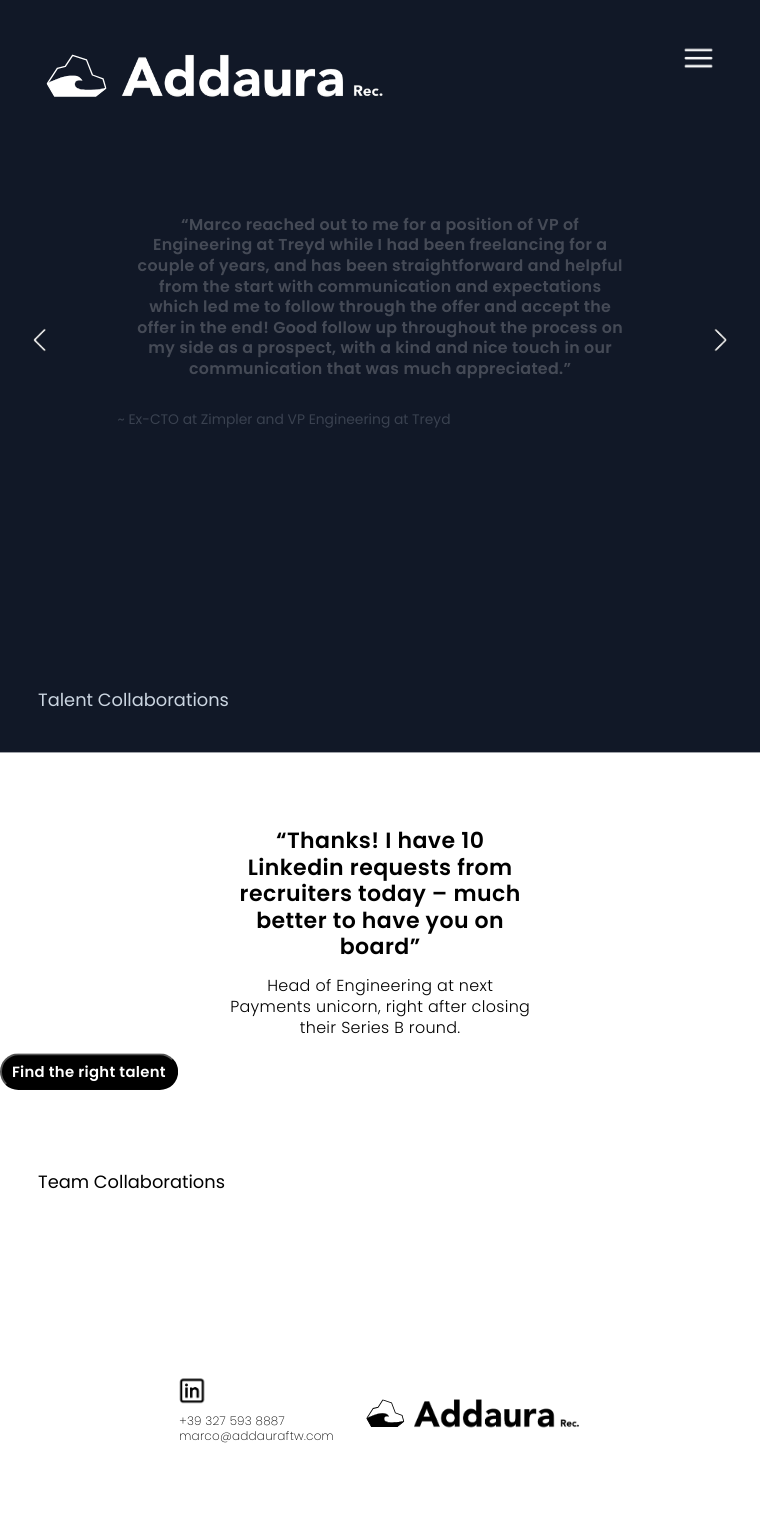
Repository: UnatPannu/Addaura-Trial
Page: public/clients.html
An editor plug-in stored every save of this project. The page is shown before and after the next save, followed by the edit.
The browser window is 768 px wide. The pictures show the whole page, at 99% of full size.

Above is the page before, as saved 2025-09-22 19:38:19.

After the next save:
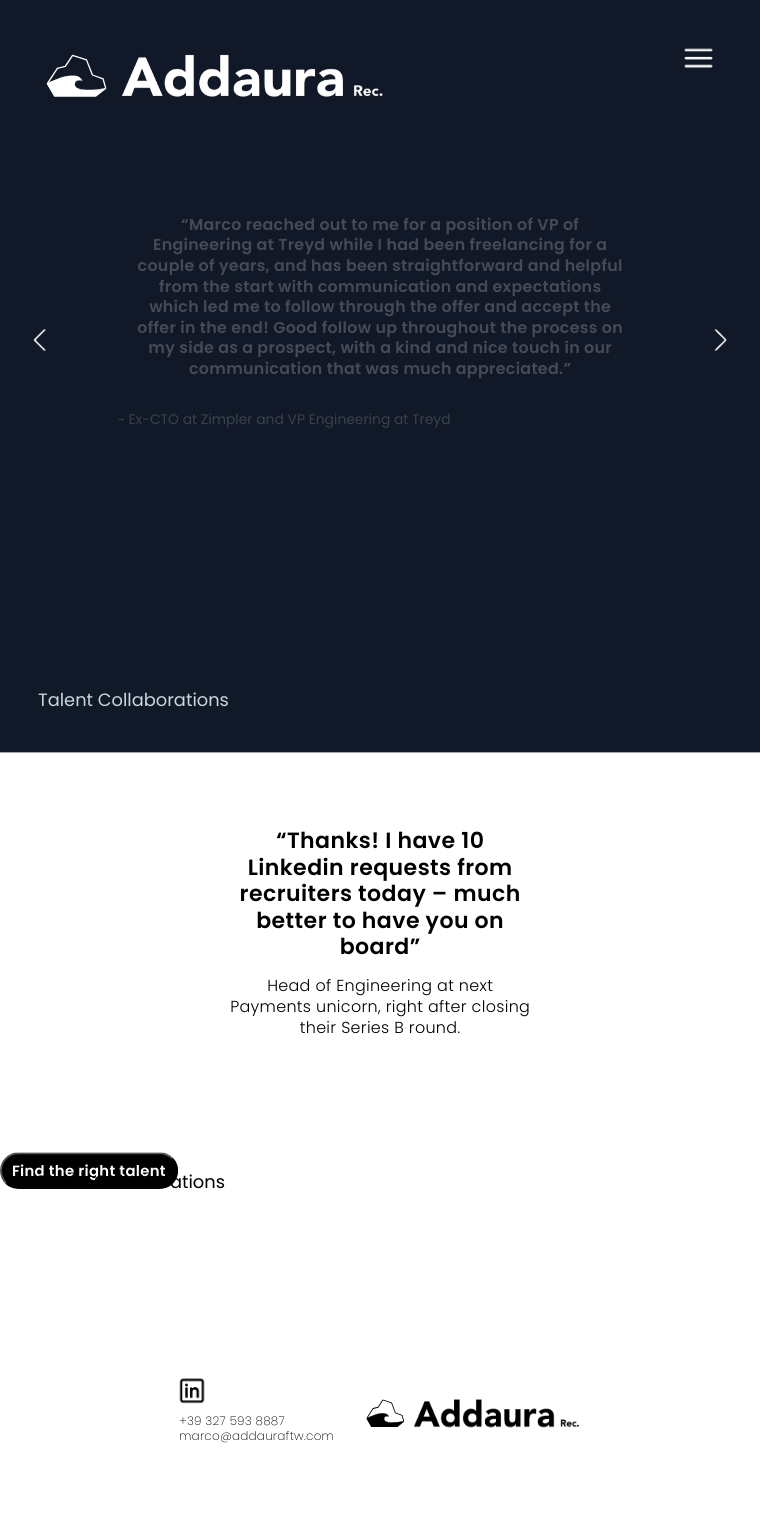
Saved 10 s later.
--- a/public/styles/clients.css
+++ b/public/styles/clients.css
@@ -164,5 +164,6 @@
     background-color:black;
     color:white;
     padding:5px 10px;
+    margin-top:15%;
   }
 }
